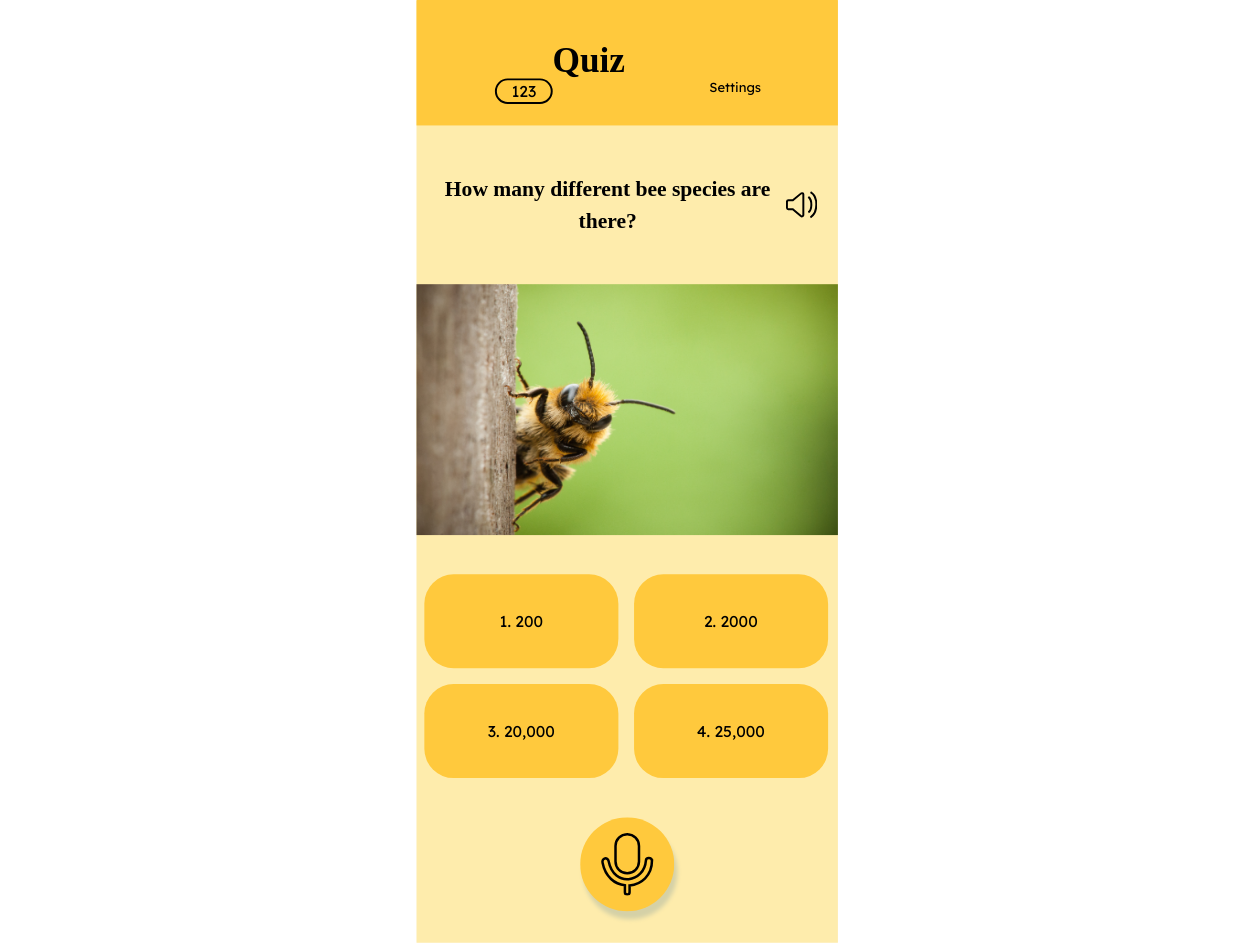
Repository: kellyzyhuang/HiveFive
Page: /Quiz
These files come from the project's save history. The page is drawn as it stood at one moment and after the next save; the edit follows.
The browser window is 1280 px wide. The pictures show the whole page, at 98% of full size.
Some web fonts or font styles are not loaded; a fallback is used. The project was rebuilt for these pictures with package versions that can differ from the ones it lists, and the page was loaded fresh each time. The framework's server and built-in components were replaced by stand-ins that run in the browser. Also part of the build but not shown: next.config.js, components/QuizResults/QuizResults.module.css, components/QuizResults/index.js, components/QuizPopup/QuizPopup.module.css, components/QuizPopup/index.js.

Above is the page before, as saved 2024-04-07 19:14:05.

After the next save:
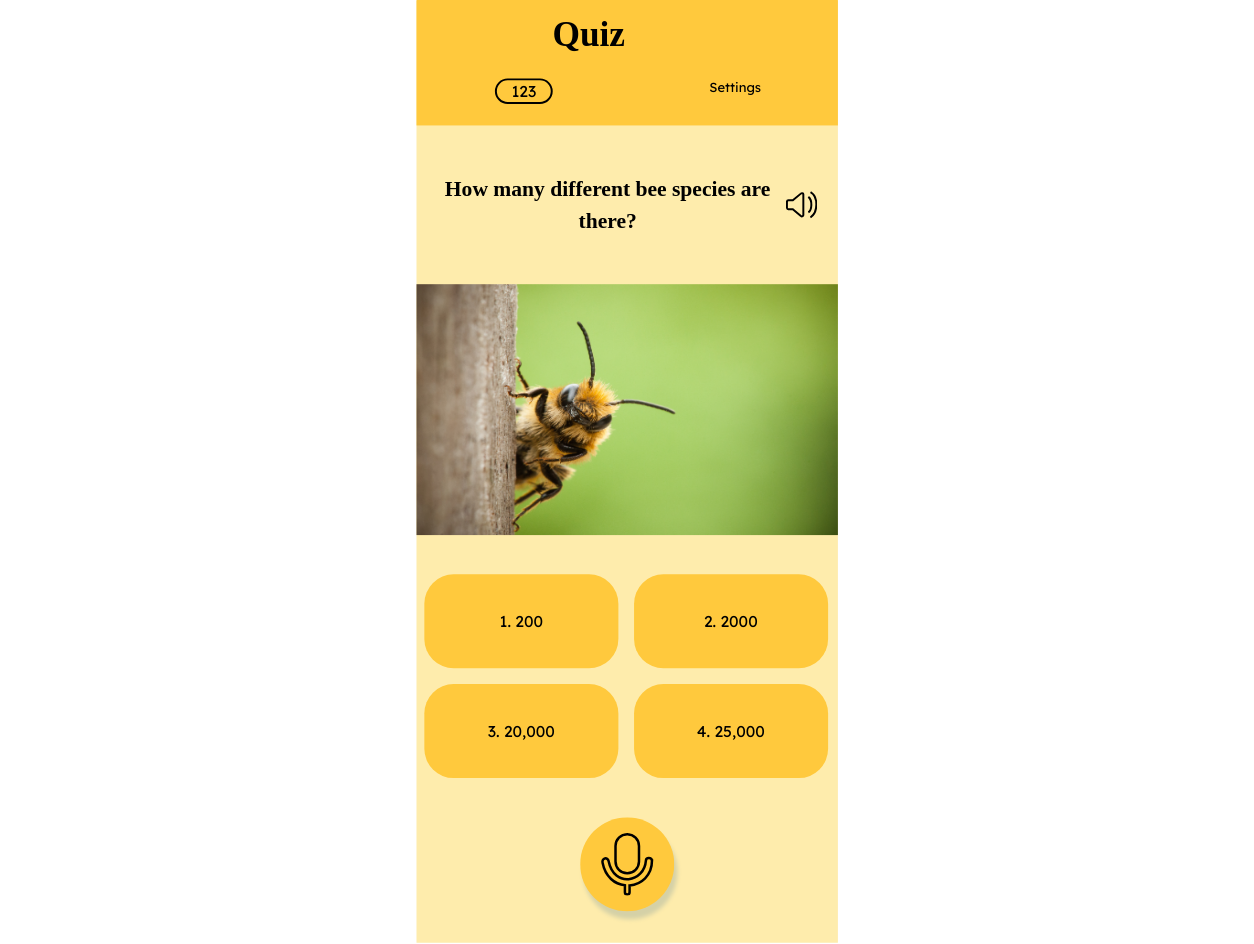
Saved 13 s later.
--- a/components/Header/Header.module.css
+++ b/components/Header/Header.module.css
@@ -17,6 +17,7 @@
 .pageTitle {
   font-size: 2.25rem;
   margin-right: 7rem;
+  margin-top: -0.1rem;
   width: 100%;
   font-family: 'Besley', serif;
 }

After the save that followed:
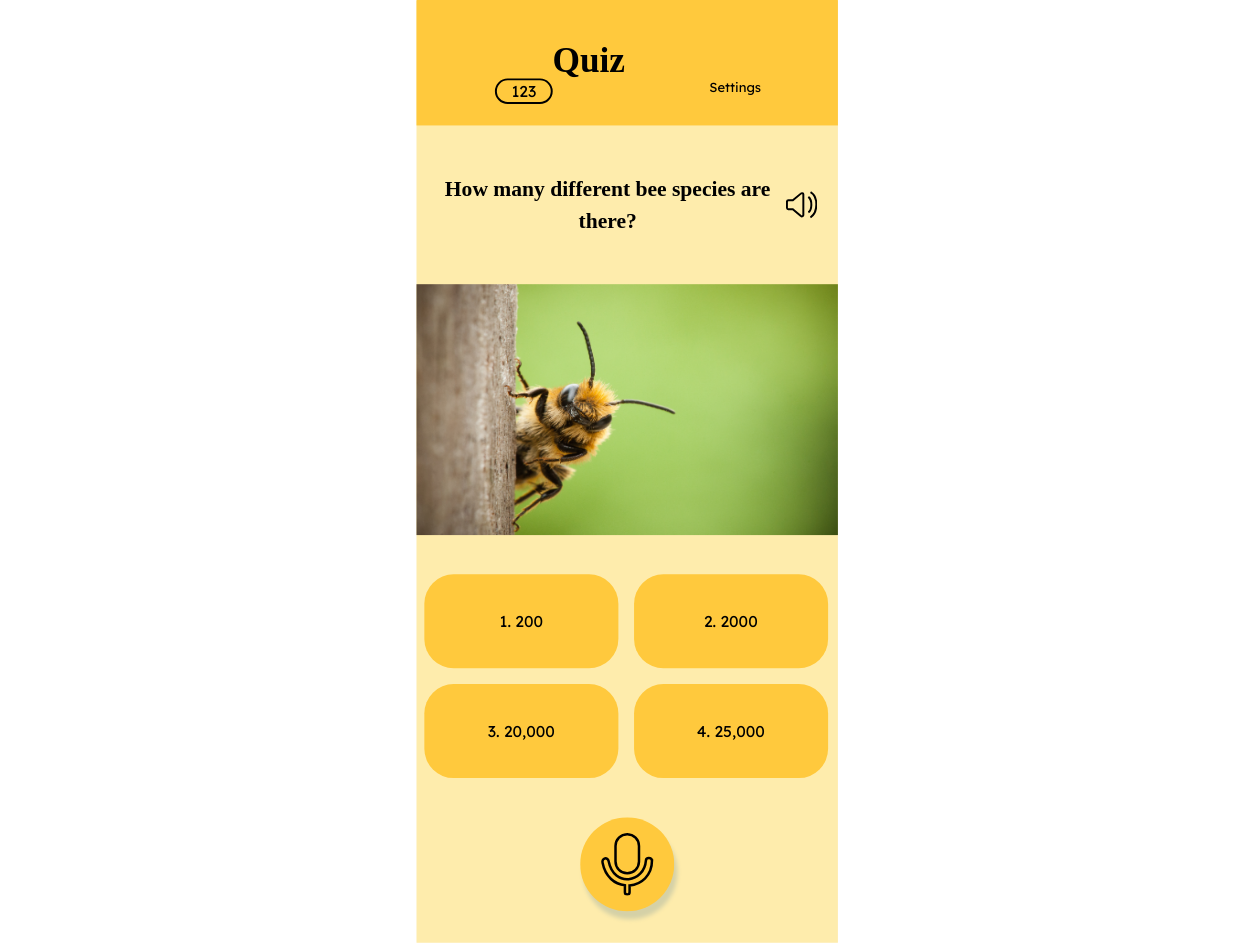
Saved 7 s later.
--- a/components/Header/Header.module.css
+++ b/components/Header/Header.module.css
@@ -17,7 +17,6 @@
 .pageTitle {
   font-size: 2.25rem;
   margin-right: 7rem;
-  margin-top: -0.1rem;
   width: 100%;
   font-family: 'Besley', serif;
 }
